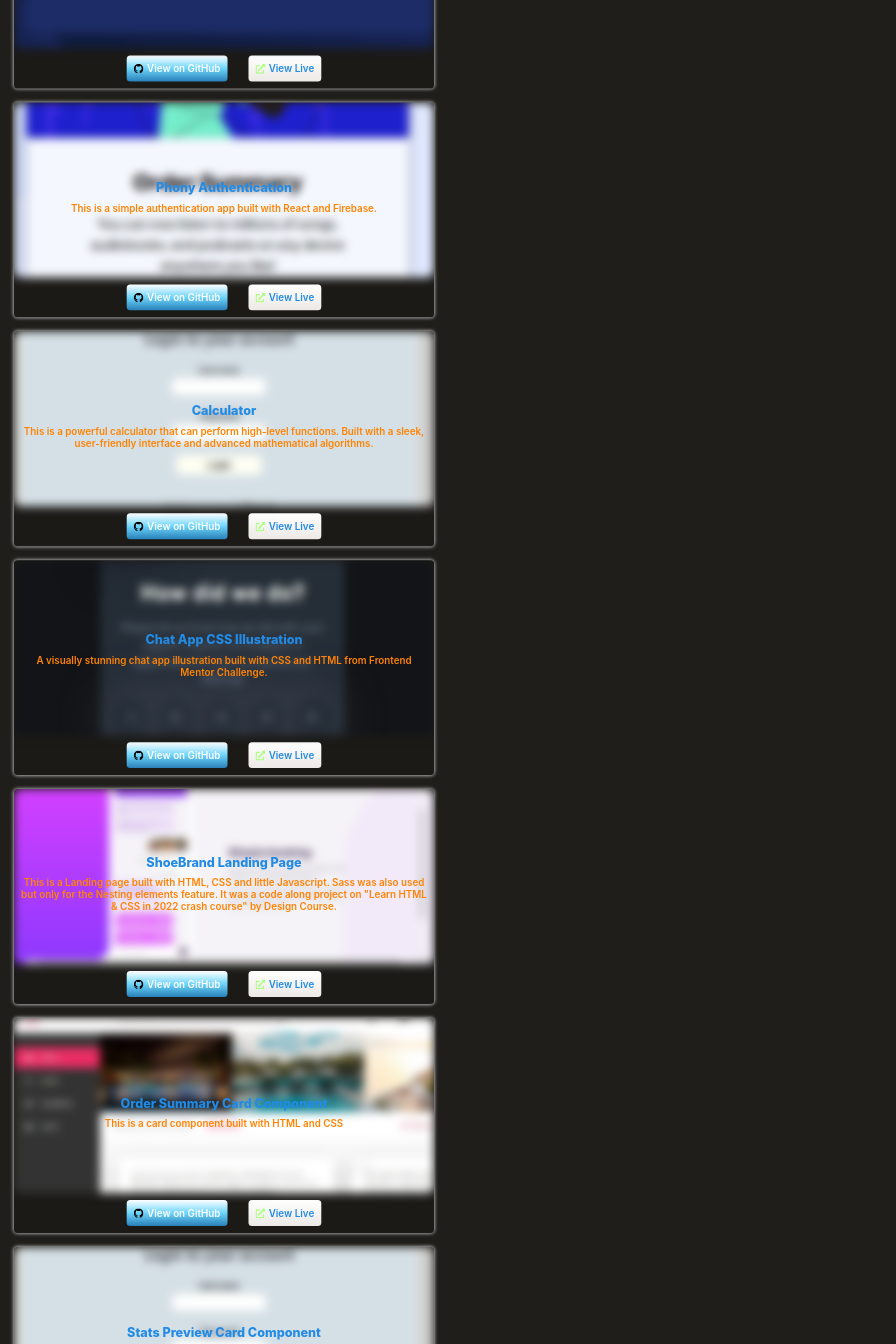
Repository: MikkyPrestige/portfolio
Page: /projects
The author's editor kept a copy of each file at every save. The page is drawn from the files as they stood at one save, then again after the next save.
The browser window is 1280 px wide. The pictures show the part of the page from y = 1916 to 3836 px (the page is 4351 px tall), at 70% of full size.
The project was rebuilt for these pictures with package versions that can differ from the ones it lists, and the page was loaded fresh each time. Also part of the build but not shown: src/components/avatar.jsx, src/components/home.jsx, src/components/about.jsx, src/components/fallback.jsx.

Above is the page before, as saved 2023-02-21 20:28:46.

### public/index.html
<!DOCTYPE html>
<html lang="en">
  <head>
    <meta charset="utf-8" />
    <link rel="icon" href="%PUBLIC_URL%/favicon.ico" />
    <meta name="viewport" content="width=device-width, initial-scale=1" />
    <meta name="theme-color" content="#000000" />
    <meta
      name="description"
      content="Web site created using create-react-app"
    />
    <link rel="apple-touch-icon" href="%PUBLIC_URL%/logo192.png" />
    <!--
      manifest.json provides metadata used when your web app is installed on a
      user's mobile device or desktop. See https://developers.google.com/web/fundamentals/web-app-manifest/
    -->
    <link rel="manifest" href="%PUBLIC_URL%/manifest.json" />
    <!--
      Notice the use of %PUBLIC_URL% in the tags above.
      It will be replaced with the URL of the `public` folder during the build.
      Only files inside the `public` folder can be referenced from the HTML.

      Unlike "/favicon.ico" or "favicon.ico", "%PUBLIC_URL%/favicon.ico" will
      work correctly both with client-side routing and a non-root public URL.
      Learn how to configure a non-root public URL by running `npm run build`.
    -->
    <title>Elue Michael Portfolio</title>
  </head>
  <body>
    <noscript>You need to enable JavaScript to run this app.</noscript>
    <div id="root"></div>
    <!--
      This HTML file is a template.
      If you open it directly in the browser, you will see an empty page.

      You can add webfonts, meta tags, or analytics to this file.
      The build step will place the bundled scripts into the <body> tag.

      To begin the development, run `npm start` or `yarn start`.
      To create a production bundle, use `npm run build` or `yarn build`.
    -->
  </body>
</html>

### src/assets/styles/sass/main.scss
@import 'abstracts/variables';
@import 'base/utilities';
@import 'base/base';
@import 'layouts/header';
@import 'pages/home';
@import 'pages/about';
@import 'pages/projects';
@import 'base/animation';

// @media (prefers-reduced-motion: no-preference) {
//   .App-logo {
//     animation: App-logo-spin infinite 20s linear;
//   }
// }

// @keyframes App-logo-spin {
//   from {
//     transform: rotate(0deg);
//   }
//   to {
//     transform: rotate(360deg);
//   }
// }

### src/components/projects.jsx
import { Link } from "react-router-dom";
import { FaGithub } from "react-icons/fa";
import { FaExternalLinkAlt } from "react-icons/fa";

const Projects = () => {
  return (
    <div className="project">
      <h1 className="project--title">My Works</h1>
      <div className="project--wrapper">
        <div className="project--card">
          <div className="project--card__blur project--card__blur-1"></div>
          <div className="project--card__content">
            <h2 className="project--card__content__title">GitHub Repository App</h2>
            <p className="project--card__content__desc">
            This is a React-based web app that utilizes the GitHub API to showcase a user's repositories. With its sleek and intuitive interface, this app allows users to easily view all of their repositories in one place, including details such as the name, description, and number of stars.
            </p>
          </div>
          <div className="project--card__links">
            <Link
              to={{ pathname: "https://github.com/MeekyBerry/RandomPeopleApp" }}
              target="_blank"
              className="project--card__links__link github-link-bg"
            >
              <FaGithub style={{ color: "#000"}} />
              View on GitHub
            </Link>
            <Link
              to={{ pathname: "https://randompeopleapp.vercel.app" }}
              target="_blank"
              className="project--card__links__link live-link-bg blue-markup"
            >
              <FaExternalLinkAlt style={{ color: "#a8ff78"}} />
              View Live
            </Link>
          </div>
        </div>
        <div className="project--card">
          <div className="project--card__blur project--card__blur-2"></div>
          <div className="project--card__content">
            <h2 className="project--card__content__title">Phonie App</h2>
            <p className="project--card__content__desc">
              The Phonie Project is a web-based application created by the team
              "Phantom_Devz" that determines the telecom carrier based on a
              phone number entered by the user
            </p>
          </div>
          <div className="project--card__links">
            <Link
              to={{
                pathname:
                  "https://github.com/MeekyBerry/Phonie-project-Phantom_Devz",
              }}
              target="_blank"
              className="project--card__links__link github-link-bg"
            >
              <FaGithub style={{ color: "#000"}} />
              View on GitHub
            </Link>
            <Link
              to={{ pathname: "https://phantom-devz-phonie.netlify.app/" }}
              target="_blank"
              className="project--card__links__link live-link-bg blue-markup"
            >
              <FaExternalLinkAlt style={{ color: "#a8ff78"}} />
              View Live
            </Link>
          </div>
        </div>
        <div className="project--card">
          <div className="project--card__blur project--card__blur-3"></div>
          <div className="project--card__content">
            <h2 className="project--card__content__title">
              RandomPeopleApp
            </h2>
            <p className="project--card__content__desc">
            This is a web app that uses firebase authentication and displays
              random people data generated from randomuser API. (built with
              React).
            </p>
          </div>
          <div className="project--card__links">
            <Link
              to={{
                pathname:
                  "https://github.com/MeekyBerry/Frontend-Mentor-challenges/tree/main/chat-app-css-illustration",
              }}
              target="_blank"
              className="project--card__links__link github-link-bg"
            >
              <FaGithub style={{ color: "#000"}} />
              View on GitHub
            </Link>
            <Link
              to={{ pathname: "https://chat-app-css-project.netlify.app/" }}
              target="_blank"
              className="project--card__links__link live-link-bg blue-markup"
            >
              <FaExternalLinkAlt style={{ color: "#a8ff78"}} />
              View Live
            </Link>
          </div>
        </div>
        <div className="project--card">
          <div className="project--card__blur project--card__blur-4"></div>
          <div className="project--card__content">
            <h2 className="project--card__content__title">
              Interactive Rating Component
            </h2>
            <p className="project--card__content__desc">
            An interactive rating component built with HTML, CSS, and JavaScript. This is a small project to practice handling user interactions and updating the DOM.
            </p>
          </div>
          <div className="project--card__links">
            <Link
              to={{
                pathname:
                  "https://github.com/MeekyBerry/Advanced-CSS-Sass-Course-Projects/tree/master/Natours-project",
              }}
              target="_blank"
              className="project--card__links__link github-link-bg"
            >
              <FaGithub style={{ color: "#000"}} />
              View on GitHub
            </Link>
            <Link
              to={{ pathname: "https://natour-landing-page.netlify.app/" }}
              target="_blank"
              className="project--card__links__link live-link-bg blue-markup"
            >
              <FaExternalLinkAlt style={{ color: "#a8ff78"}} />
              View Live
            </Link>
          </div>
        </div>
        <div className="project--card">
          <div className="project--card__blur project--card__blur-5"></div>
          <div className="project--card__content">
            <h2 className="project--card__content__title">
              Natours Landing Page
            </h2>
            <p className="project--card__content__desc">
            This is a landing page for a fictional company called Natours. It
              was built with HTML, CSS and SASS From JONAS SCHMEDTMANN online course.
            </p>
          </div>
          <div className="project--card__links">
            <Link
              to={{
                pathname:
                  "https://github.com/MeekyBerry/exam-project-altschoolafrica",
              }}
              target="_blank"
              className="project--card__links__link github-link-bg"
            >
              <FaGithub style={{ color: "#000"}} />
              View on GitHub
            </Link>
            <Link
              to={{ pathname: "https://github-repos-display.vercel.app/" }}
              target="_blank"
              className="project--card__links__link live-link-bg blue-markup"
            >
              <FaExternalLinkAlt style={{ color: "#a8ff78"}} />
              View Live
            </Link>
          </div>
        </div>
        <div className="project--card">
          <div className="project--card__blur project--card__blur-6"></div>
          <div className="project--card__content">
            <h2 className="project--card__content__title">
              Trillo Landing Page
            </h2>
            <p className="project--card__content__desc">
              This is a landing page for a fictional company called Trillo. It
              was built with HTML, CSS and SASS From JONAS SCHMEDTMANN online course.
            </p>
          </div>
          <div className="project--card__links">
            <Link
              to={{
                pathname:
                  "https://github.com/MeekyBerry/Advanced-CSS-Sass-Course-Projects/tree/master/Trillow-project",
              }}
              target="_blank"
              className="project--card__links__link github-link-bg"
            >
              <FaGithub style={{ color: "#000"}} />
              View on GitHub
            </Link>
            <Link
              to={{
                pathname: "https://fantastic-crostata-3e9a02.netlify.app/",
              }}
              target="_blank"
              className="project--card__links__link live-link-bg blue-markup"
            >
              <FaExternalLinkAlt style={{ color: "#a8ff78"}} />
              View Live
            </Link>
          </div>
        </div>
        <div className="project--card">
          <div className="project--card__blur project--card__blur-7"></div>
          <div className="project--card__content">
            <h2 className="project--card__content__title">
              Phony Authentication
            </h2>
            <p className="project--card__content__desc">
              This is a simple authentication app built with React and Firebase.
            </p>
          </div>
          <div className="project--card__links">
            <Link
              to={{
                pathname:
                  "https://github.com/MeekyBerry/fake-user-authentication",
              }}
              target="_blank"
              className="project--card__links__link github-link-bg"
            >
              <FaGithub style={{ color: "#000"}} />
              View on GitHub
            </Link>
            <Link
              to={{ pathname: "https://fake-auth.vercel.app/" }}
              target="_blank"
              className="project--card__links__link live-link-bg blue-markup"
            >
              <FaExternalLinkAlt style={{ color: "#a8ff78"}} />
              View Live
            </Link>
          </div>
        </div>
        <div className="project--card">
          <div className="project--card__blur project--card__blur-8"></div>
          <div className="project--card__content">
            <h2 className="project--card__content__title">Calculator</h2>
            <p className="project--card__content__desc">
            This is a powerful calculator that can perform high-level functions. Built with a sleek, user-friendly interface and advanced mathematical algorithms.
            </p>
          </div>
          <div className="project--card__links">
            <Link
              to={{ pathname: "https://github.com/MeekyBerry/calculator" }}
              target="_blank"
              className="project--card__links__link github-link-bg"
            >
              <FaGithub style={{ color: "#000"}} />
              View on GitHub
            </Link>
            <Link
              to={{ pathname: "https://calculator-omega-murex.vercel.app/" }}
              target="_blank"
              className="project--card__links__link live-link-bg blue-markup"
            >
              <FaExternalLinkAlt style={{ color: "#a8ff78"}} />
              View Live
            </Link>
          </div>
        </div>
        <div className="project--card">
          <div className="project--card__blur project--card__blur-9"></div>
          <div className="project--card__content">
            <h2 className="project--card__content__title">
            Chat App CSS Illustration
            </h2>
            <p className="project--card__content__desc">
            A visually stunning chat app illustration built with CSS and HTML from Frontend Mentor Challenge.
            </p>
          </div>
          <div className="project--card__links">
            <Link
              to={{
                pathname:
                  "https://github.com/MeekyBerry/Frontend-Mentor-challenges/tree/main/interactive-rating-component",
              }}
              target="_blank"
              className="project--card__links__link github-link-bg"
            >
              <FaGithub style={{ color: "#000"}} />
              View on GitHub
            </Link>
            <Link
              to={{
                pathname:
                  "https://interactive-ratings-component-project.netlify.app/",
              }}
              target="_blank"
              className="project--card__links__link live-link-bg blue-markup"
            >
              <FaExternalLinkAlt style={{ color: "#a8ff78"}} />
              View Live
            </Link>
          </div>
        </div>
        <div className="project--card">
          <div className="project--card__blur project--card__blur-10"></div>
          <div className="project--card__content">
            <h2 className="project--card__content__title">
              ShoeBrand Landing Page
            </h2>
            <p className="project--card__content__desc">
            This is a Landing page built with HTML, CSS and little Javascript. Sass was also used but only for the Nesting elements feature. It was a code along project on "Learn HTML & CSS in 2022 crash course" by Design Course.
            </p>
          </div>
          <div className="project--card__links">
            <Link
              to={{
                pathname:
                  "https://github.com/MeekyBerry/Frontend-Mentor-challenges/tree/main/fylo-data-store-layout",
              }}
              target="_blank"
              className="project--card__links__link github-link-bg"
            >
              <FaGithub style={{ color: "#000"}} />
              View on GitHub
            </Link>
            <Link
              to={{ pathname: "https://fylo-data-store-layout.netlify.app/" }}
              target="_blank"
              className="project--card__links__link live-link-bg blue-markup"
            >
              <FaExternalLinkAlt style={{ color: "#a8ff78"}} />
              View Live
            </Link>
          </div>
        </div>
        <div className="project--card">
          <div className="project--card__blur project--card__blur-11"></div>
          <div className="project--card__content">
            <h2 className="project--card__content__title">
              Order Summary Card Component
            </h2>
            <p className="project--card__content__desc">
              This is a card component built with HTML and CSS
            </p>
          </div>
          <div className="project--card__links">
            <Link
              to={{
                pathname:
                  "https://github.com/MeekyBerry/Frontend-Mentor-challenges/tree/main/order-summary-card-component",
              }}
              target="_blank"
              className="project--card__links__link github-link-bg"
            >
              <FaGithub style={{ color: "#000"}} />
              View on GitHub
            </Link>
            <Link
              to={{
                pathname: "https://order-summary-card-project.netlify.app/",
              }}
              target="_blank"
              className="project--card__links__link live-link-bg blue-markup"
            >
              <FaExternalLinkAlt style={{ color: "#a8ff78"}} />
              View Live
            </Link>
          </div>
        </div>
        <div className="project--card">
          <div className="project--card__blur project--card__blur-13"></div>
          <div className="project--card__content">
            <h2 className="project--card__content__title">
              Stats Preview Card Component
            </h2>
            <p className="project--card__content__desc">
              This is a card component built with HTML and CSS
            </p>
          </div>
          <div className="project--card__links">
            <Link
              to={{
                pathname:
                  "https://github.com/MeekyBerry/Frontend-Mentor-challenges/tree/main/stats-preview-card-compo",
              }}
              target="_blank"
              className="project--card__links__link github-link-bg"
            >
              <FaGithub style={{ color: "#000"}} />
              View on GitHub
            </Link>
            <Link
              to={{
                pathname: "https://stats-preview-card-project.netlify.app/",
              }}
              target="_blank"
              className="project--card__links__link live-link-bg blue-markup"
            >
              <FaExternalLinkAlt style={{ color: "#a8ff78"}} />
              View Live
            </Link>
          </div>
        </div>
        <div className="project--card">
          <div className="project--card__blur project--card__blur-14"></div>
          <div className="project--card__content">
            <h2 className="project--card__content__title">
              Shoe Brand Landing Page
            </h2>
            <p className="project--card__content__desc">
              This is a landing page for a shoe brand built with HTML and CSS
            </p>
          </div>
          <div className="project--card__links">
            <Link
              to={{
                pathname:
                  "https://github.com/MeekyBerry/Shoe-brand-landing-page",
              }}
              target="_blank"
              className="project--card__links__link github-link-bg"
            >
              <FaGithub style={{ color: "#000"}} />
              View on GitHub
            </Link>
            <Link
              to={{ pathname: "https://shoe-brand-landing-page.netlify.app/" }}
              target="_blank"
              className="project--card__links__link live-link-bg blue-markup"
            >
              <FaExternalLinkAlt style={{ color: "#a8ff78"}} />
              View Live
            </Link>
          </div>
        </div>
      </div>
    </div>
  );
};

export default Projects;

### src/assets/styles/sass/base/_utilities.scss
.github-link-bg {
  background: linear-gradient(to top, var(--dark-blue--1), var(--light-blue--2), var(--color--white));
}

.live-link-bg {
  background: linear-gradient(to top, var(--color--white-2), var(--color--white));
}

.blue-markup {
  color: var(--blue-cyan) !important;
}

### src/assets/styles/sass/base/_base.scss
*,
*::after,
*::before {
  margin: 0;
  padding: 0;
  box-sizing: border-box;
}

html {
  font-size: 62.5%;
  font-family: var(--font-family);
  color: var(--color-white);
  background-color: var(--color--bg);
}

::selection {
  background-color: var(--color-primary);
  color: var(--color-white);
}

### src/assets/styles/sass/pages/home.scss
.home {
  width: 100%;
  height: 100vh;
  background: radial-gradient(100% 100% at 50% 100%, var(--color--bg-dark-2) 21.52%, var(--color--bg-dark) 100%);

  &--contents {
    display: flex;
    flex-direction: column;
    justify-content: center;
    align-items: center;
    padding: 3rem 5rem;
    gap: 3rem;
  }

  &--content {
    display: flex;
    flex-direction: column;
    align-items: flex-start;
    padding: 0;
    gap: .5rem;

    &__title {
      font-family: var(--font-family--secondary);
      font-size: var(--font-size--x-large);
      font-weight: var(--font-weight--boldest);
      color: var(--dark-blue);
    }

    &__subtitle {
      font-family: var(--font-family--secondary);
      font-size: var(--font-size--large);
      font-weight: var(--font-weight--bold);
      color: var(--color--text);
    }

    &__desc {
      font-family: var(--font-family--secondary);
      font-size: var(--font-size--small);
      font-weight: var(--font-weight--regular);
      color: var(--color--white-1);
    }
  }

  &--avatar {
    border-radius: 5%;
    -webkit-border-radius: 5%;
    -moz-border-radius: 5%;
    -ms-border-radius: 5%;
    -o-border-radius: 5%;
    background-image: radial-gradient(circle, var(--blue-cyan) 5%, var(--light-blue--1) 95%);
  }
}

### src/assets/styles/sass/base/_animation.scss
//  INFINITE HEARTBEAT PAUSE ANIMATION

@keyframes Heartbeat {
  0% {
    transform: scale(1);
    -webkit-transform: scale(1);
    -moz-transform: scale(1);
    -ms-transform: scale(1);
    -o-transform: scale(1);
  }

  50% {
    transform: scale(1.05);
    -webkit-transform: scale(1.05);
    -moz-transform: scale(1.05);
    -ms-transform: scale(1.05);
    -o-transform: scale(1.05);
  }

  100% {
    transform: scale(1);
    -webkit-transform: scale(1);
    -moz-transform: scale(1);
    -ms-transform: scale(1);
    -o-transform: scale(1);
  }
}

Loaded but not shown: src/index.css (common file); src/reportWebVitals.js (common file); src/index.js (21 lines, source omitted); src/App.js (22 lines, source omitted); src/components/layout.jsx (141 lines, source omitted); src/assets/styles/sass/pages/_projects.scss (165 lines, source omitted); src/assets/styles/sass/pages/_about.scss (158 lines, source omitted); src/assets/styles/sass/layouts/_header.scss (111 lines, source omitted); src/assets/styles/sass/abstracts/_variables.scss (67 lines, source omitted)

After the next save:
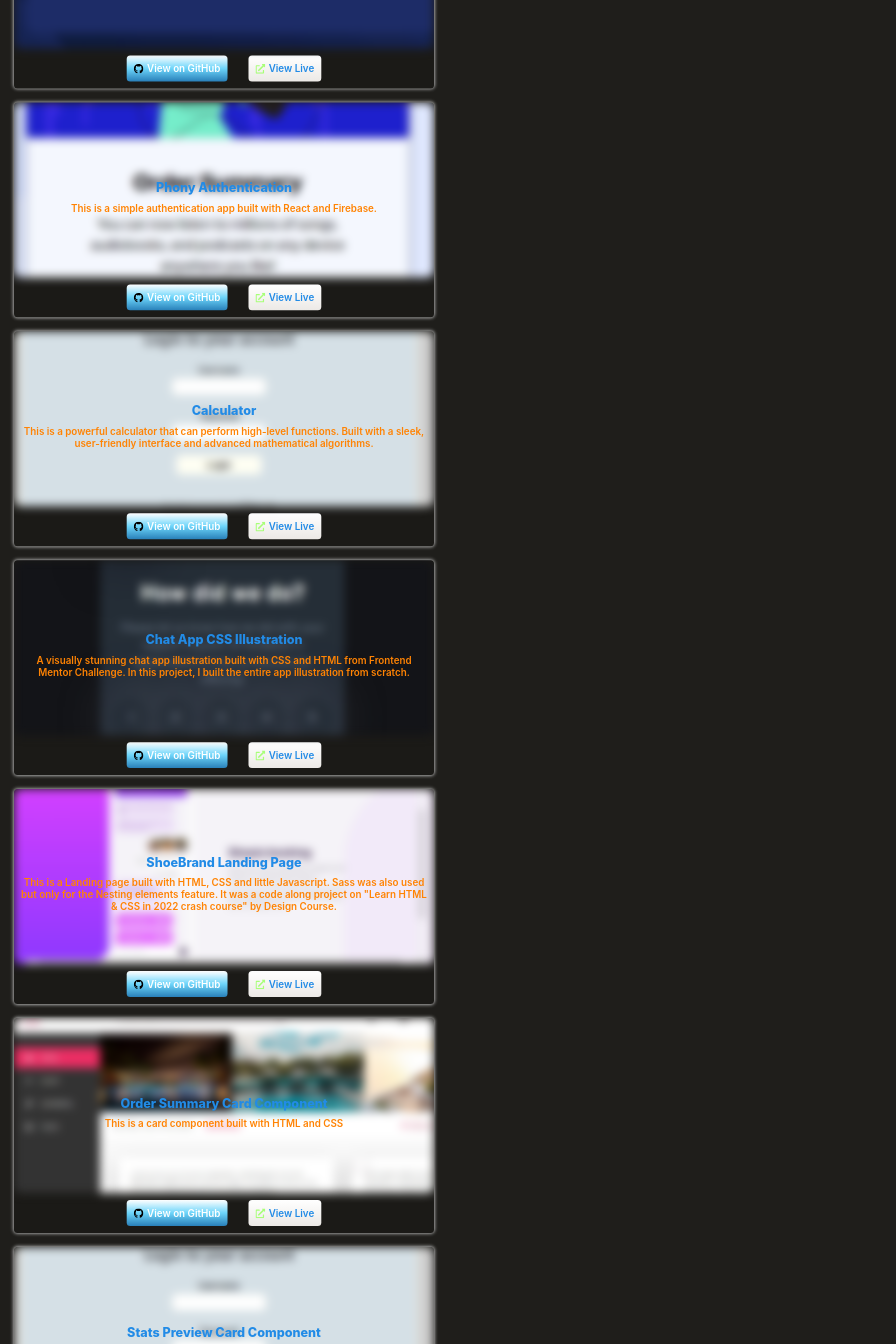
Saved 64 s later.
--- a/src/components/projects.jsx
+++ b/src/components/projects.jsx
@@ -266,7 +266,7 @@ const Projects = () => {
             Chat App CSS Illustration
             </h2>
             <p className="project--card__content__desc">
-            A visually stunning chat app illustration built with CSS and HTML from Frontend Mentor Challenge.
+            A visually stunning chat app illustration built with CSS and HTML from Frontend Mentor Challenge. In this project, I built the entire app illustration from scratch.
             </p>
           </div>
           <div className="project--card__links">
